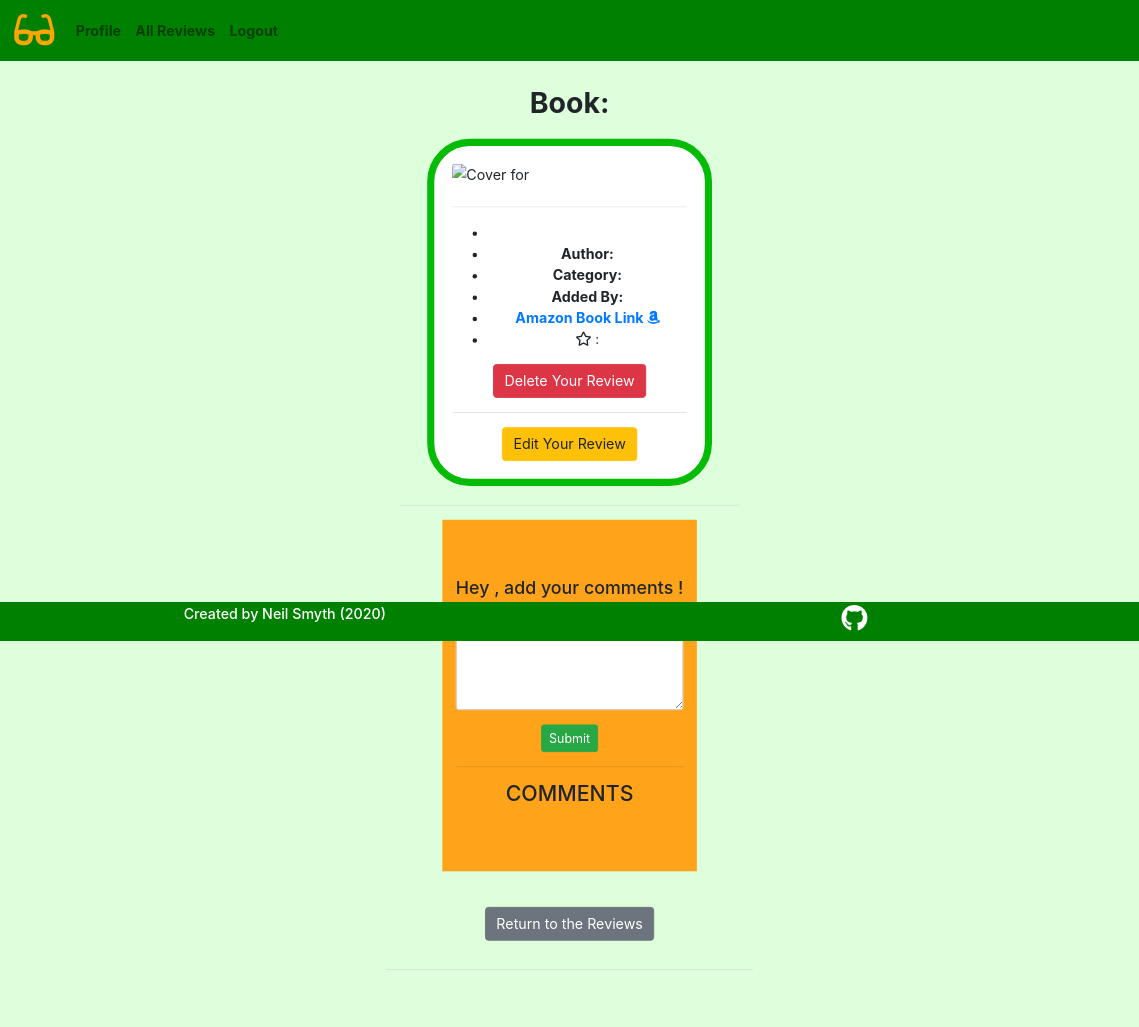
Repository: NeiloErnesto89/Data_Centric_Dev_Milestone_Project3
Page: templates/individual_book.html
The author's editor kept a record of every edit. The page is drawn from the files as they stood at one moment, then again after the next edit.
The browser window is 1280 px wide. The pictures show the whole page, at 89% of full size.
Some web libraries are served in a nearby version. The template is drawn by Flask 3. The application's start-up code is not run. Other server files are loaded and not shown. The template is opened directly, without the code that normally fills it, so the values that code supplies are empty.

Above is the page before.

### templates/individual_book.html
{% extends 'base.html' %}

<!--NavBar with Burger Icon-->
{% block navbar %}
<header class="nav-container">
    <nav class="navbar navbar-expand-lg navbar-light mb-1 text-center fixed-top">
        <a class="navbar-brand" data-target="#modalPopUp" data-toggle="modal"><i class="fas fa-glasses" style="font-size:40px;color:orange;"></i></a>
        <button class="navbar-toggler" type="button" data-toggle="collapse" data-target="#navbarTogglerDemo02" aria-controls="navbarTogglerDemo02" aria-expanded="false" aria-label="Toggle navigation">
                                <span class="navbar-toggler-icon"></span>
                              </button>
        <div class="collapse navbar-collapse" id="navbarTogglerDemo02">
            <ul class="navbar-nav mr-auto mt-0 mt-lg-0">

                {% if user.username == None %}
                <li class="nav-item">
                    <a class="nav-link" href="{{ url_for('index') }}"><b>Home</b></a>
                </li>
                <li class="nav-item">
                    <a class="nav-link" href="{{ url_for('signup') }}"><b>Sign Up</b></a>
                </li>
                <li class="nav-item">
                    <a class="nav-link" href="{{ url_for('login') }}"><b>Login</b></a>
                </li>

                {% else %}
                <li class="nav-item">
                    <a class="nav-link" href="{{ url_for('bio') }}"><b>Profile</b></a>
                </li>
                <li class="nav-item">
                    <a class="nav-link" href="{{ url_for('all_reviews') }}"><b>All Reviews</b></a>
                </li>
                <li class="nav-item">
                    <a class="nav-link" href="{{ url_for('logout') }}"><b>Logout</b></a>
                </li>
                {% endif %}


            </ul>
        </div>
    </nav>
</header>
{% endblock navbar %} {% block content %}



<div class="col-md-12 text-center">
    <h2 class="add_header mt-3 mb-3"><strong>Book: {{ book.book_title }}</strong></h2>
</div>


<div class="container">
    <div class="row justify-content-center">

        <div class="card" style="width: 20rem;">

            <div class="card-body">

                <!-- <h5 class="text-center card-title">{{book.book_title}}</h5> -->

                <div><img class="book_image card-img-top mb-2" src="{{ book.pic }}" alt="Cover for {{ book.book_title }}"></div>

                <div class="text-center">
                    <!--   <button class="mt-2 btn btn-outline-success btn-sm text-center" type="button" data-toggle="collapse" data-target="#collapse" aria-expanded="false" aria-controls="collapseExample">
                                book summary
                              </button>
                </div> -->
                    <hr>

                    <ul>



                        <!--  <div class="collapse" id="collapse">
                        <div>
                            <em>{{book.summary}}  </em>
                        </div>
                        <hr>
                </div> -->


                <li>
                    {{book.summary}}
                </li>

                <li>
                    <b>Author:</b> {{book.book_author}}
                </li>

                <li>
                    <b>Category:</b> {{book.category_name}}
                </li>

                <li>
                    <b>Added By:</b> {{book.added_by["username"]}}
                </li>
                <!--<li>
                                <b>Available:</b> {{book.is_available}}
                            </li> -->

                <li>
                    <a href="{{book.amazon}}"><b> Amazon Book Link <i class="fab fa-amazon"></i></b></a>
                </li>
                <li>
                    <b></b> <i class="far fa-star" data-toggle="tooltip" title="how many stars out of 5"> : </i> {{book.stars}}
                </li>


                </ul>

                <!-- The Option to Delete If User Added Review -->

                {% if user._id == book.added_by["_id"] %}
                <div class="text-center mt-2">
                    <a href="{{ url_for('delete_review', book_id=book._id, _user=book._id) }}" class="btn btn-danger">Delete Your Review</a>
                </div>
                <hr>
                <div class="text-center mt-2">
                    <a href="{{ url_for('adapt_review', book_id=book._id) }}" class="btn btn-warning">Edit Your Review</a>
                </div>

                {% endif %}

            </div>
        </div>
    </div>
</div>
<hr>

<div class="jumbotron jumbotron-fluid">
    <div class="container">
        <div class="row">
            <div class="col-12 text-center">
                <h5>Hey {{ user.username }}, add your comments !</h5>
                <div>
                    <form action="{{ url_for('add_individual', book_id=book._id) }}" method="POST" class="individual_comments ">

                        <div class="form-group ">
                            <label for="Textarea ">Be kind!</label>
                            <textarea id="individual_com " name="individual" class="form-control " rows="3 " required></textarea>
                        </div>

                        <button type="submit" name="action" class="btn btn-success btn-sm ">Submit</button>

                    </form>
                </div>
                <hr>

                <div class="row">
                    <div class="col-12">
                        <span>
                            <h4>COMMENTS </h4>
                            </span>
                    </div>
                </div>
                <div class="row">
                    <div class="col-12">
                        {% for incomment in incomments %}
                        <div class="card">
                            <div class="card-body">
                                <h5 class="card-title">{{ incomment.added_by["username"] }} said:</h5>
                                <p class="card-text"> <i><strong>" {{ incomment.individual }} "</strong></i></p>



                                {% if user.username == incomment.added_by["username"] %}
                                <!-- So only the user who added the comment can update or delete it-->
                                <!-- update users individual comments -->
                                <div class="text-center">
                                    <button class="mt-2 btn btn-outline-success btn-sm text-center" type="button" data-toggle="collapse" data-target="#collapse" aria-expanded="false" aria-controls="collapseExample">
                                Update Your Coment
                                    </button>
                                    <hr>
                                </div>
                                <div class="collapse" id="collapse">
                                    <div class="row">
                                        <div class="col-12">
                                            <form action="{{ url_for('update_individual', indivd_id=incomment._id, book_id=book._id) }}" method="POST" class="update_individual">
                                                <input type="text" name="individual" />
                                                <input type="submit" value="Update Your Comment" />
                                            </form>
                                        </div>
                                    </div>
                                </div>
                                <hr>

                                <a href="{{ url_for('delete_individual', indivd_id=incomment._id, book_id=book._id) }}" class="btn btn-danger btn-sm card-link">Delete Comment</a> {% endif %}

                            </div>
                        </div>
                        {% endfor %}
                    </div>
                </div>



            </div>
        </div>
    </div>
</div>

<div class="container-fluid mt-3 ">
    <div class="row ">

        <div class="col-12 mt-2 mb-3 ">
            <div class="text-center ">
                <a class="btn btn-secondary  " href="{{ url_for( 'all_reviews') }} " role="button ">Return to the Reviews</a>
            </div>
        </div>
        <hr>
    </div>
</div>


{% endblock %}

### templates/base.html
<!DOCTYPE html>
<html lang="en">

<head>
    <meta charset="UTF-8">
    <meta name="viewport" content="width=device-width, initial-scale=1.0">
    <meta http-equiv="X-UA-Compatible" content="ie=edge">

    <title>Book Reviews</title>

    <!-- Bootstrap -->
    <link rel="stylesheet" href="https://stackpath.bootstrapcdn.com/bootstrap/4.3.1/css/bootstrap.min.css" integrity="sha384-ggOyR0iXCbMQv3Xipma34MD+dH/1fQ784/j6cY/iJTQUOhcWr7x9JvoRxT2MZw1T" crossorigin="anonymous">

    <!-- Google Font-->

    <link href="https://fonts.googleapis.com/css?family=Montserrat:400,700" rel="stylesheet">

    <!-- Font Awesome-->

    <link rel="stylesheet" href="https://use.fontawesome.com/releases/v5.7.2/css/all.css" integrity="sha384-fnmOCqbTlWIlj8LyTjo7mOUStjsKC4pOpQbqyi7RrhN7udi9RwhKkMHpvLbHG9Sr" crossorigin="anonymous">

    <link rel="stylesheet" href="https://cdnjs.cloudflare.com/ajax/libs/font-awesome/4.7.0/css/font-awesome.min.css">

    <!-- CSS -->

    <link rel="stylesheet" href="{{url_for('static', filename='css/style.css')}}" type="text/css" />


</head>

<body>

<div class="cover-container d-flex mx-auto flex-column">

            <!--NavBar with Burger Icon-->
        {% block navbar %}
        <header class="nav-container">
            <nav class="navbar navbar-expand-lg navbar-light mb-1 text-center fixed-top">
                <a class="navbar-brand" href="{{ url_for('index') }}" data-target="#modalPopUp" data-toggle="modal"><i class="fas fa-glasses" style="font-size:40px;color:orange;"></i></a>
                <button class="navbar-toggler" type="button" data-toggle="collapse" data-target="#navbarTogglerDemo02" aria-controls="navbarTogglerDemo02" aria-expanded="false" aria-label="Toggle navigation">
                                <span class="navbar-toggler-icon"></span>
                              </button>
                <div class="collapse navbar-collapse" id="navbarTogglerDemo02">
                    <ul class="navbar-nav mr-auto mt-0 mt-lg-0">


                        <li class="nav-item">
                            <a class="nav-link" href="{{ url_for('index') }}"><b>Home</b></a>
                        </li>
                        <li class="nav-item">
                            <a class="nav-link" href="{{ url_for('signup') }}"><b>Sign Up</b></a>
                        </li>
                        <li class="nav-item">
                            <a class="nav-link" href="{{ url_for('login') }}"><b>Login</b></a>
                        </li>

                    </ul>
                </div>
            </nav>
        </header>
        {% endblock navbar %}

        <div class="container-fluid">
				<div class="row justify-content-around">
					<div id="messages">
						{% with messages = get_flashed_messages() %}
						{% if messages %}
						{% for message in messages %}
						<p class="text-center">{{ message }}</p>
						{% endfor %}
						{% endif %}
						{% endwith %}
					</div>
				</div>
			</div>

        <hr>

    <div class="container mt-5 mb-5">
            {% block content %}
            {% endblock %}
    </div>

    <hr>

        <!--FOOTER -->

        <div class="footer container-fluid">
            <div class="row justify-content-center">
                <div class="text-center col-xs-12 col-sm-6 mt-1 mb-2">

                    <h6>Created by Neil Smyth (2020)</h6>

                </div>
                <div class="text-center col-xs-12 col-sm-6 mt-1 mb-2">

                    <a href="https://github.com/NeiloErnesto89" target="_blank "><i class="fab fa-github" style="font-size:30px; color:white; "></i></a>

                </div>
            </div>
        </div> <!-- footer container-->

</div>    <!--Cover Container -->

    <!-- JQuery -->
    <script src="https://cdnjs.cloudflare.com/ajax/libs/jquery/3.2.1/jquery.min.js"></script>

    <!-- Bootstrap JS-->

    <script src="https://code.jquery.com/jquery-3.3.1.slim.min.js" integrity="sha384-q8i/X+965DzO0rT7abK41JStQIAqVgRVzpbzo5smXKp4YfRvH+8abtTE1Pi6jizo" crossorigin="anonymous"></script>
    <script src="https://cdnjs.cloudflare.com/ajax/libs/popper.js/1.14.7/umd/popper.min.js" integrity="sha384-UO2eT0CpHqdSJQ6hJty5KVphtPhzWj9WO1clHTMGa3JDZwrnQq4sF86dIHNDz0W1" crossorigin="anonymous"></script>
    <script src="https://stackpath.bootstrapcdn.com/bootstrap/4.3.1/js/bootstrap.min.js" integrity="sha384-JjSmVgyd0p3pXB1rRibZUAYoIIy6OrQ6VrjIEaFf/nJGzIxFDsf4x0xIM+B07jRM" crossorigin="anonymous"></script>

    <!-- JS File -->

    <script src="{{url_for('static', filename='js/script.js')}}"></script>


    <!--  <script type="text/javascript">
        $(document).ready(function() {
            $('.collapsible').collapsible();
        });
    </script>  -->
</body>

</html>

### static/css/style.css
body {
  background-color: #DEFFDC;
  display: flex;
 /* margin: 0; */
}

/*.cover-container {
  min-height: 100vh;
  padding-top: 70px;
  background-size: cover;
  align-items: center;
  justify-content: center;
  position: relative;
  overflow-x: hidden;
*/
  /*.nav-container {
    position: fixed;
    width: 100%;
    z-index: 1;
    top: 0;
    left: 0;
    padding-left: 0;
    padding-right: 0;
    margin-left: 0;
    margin-right: 0;
  } */

  .navbar {
    background-color: green;
  }

  .jumbotron {
    background-color: #ffa31a;
    margin-right: 3rem;
    margin-left: 3rem;
  }

  /* Paginate Button on All Reviews.html (taken from w3 schools*/
  .paginate {
    display: inline-block;
  }

  .paginate a {
    color: black;
    float: left;
    padding: 8px 16px;
    text-decoration: none;
    margin: 15px;
  }

  .paginate a.active {
    background-color: #4CAF50;
    color: white;
    border-radius: 5px;
  }

  .paginate a:hover:not(.active) {
    background-color: #ddd;
    border-radius: 5px;
  }

  /* all_reviews.html - book review cards*/
  .card {
    margin: 5px;
    border: 8px solid rgb(5, 187, 5);
    border-radius: 3rem;
  }

  /* Card Image */
  /*
  .card-img-top {
    width: 100%;
    height: 15vw;
    object-fit: cover;
}
  */

  /* MODAL */

  .modal {
    color: black;
    background-color: rgb(204, 255, 204, 0.8);
}

.modal-header {

    background-color: rgb(204, 255, 204);
    opacity: 0.8;

}

.modal-title {
    font-size: 34px;
    font-weight: bold;
    text-align: center;
    margin-left: 45px;
    padding: 5px;
    text-decoration: underline;
}


.modal-body {
    font-size: 15px;
    font-weight: bold;
    color: white;
    background-color: rgb(0, 153, 51);
    opacity: 0.8;
    text-align: center;
}

.modal-footer {
    background-color: rgb(204, 255, 204);
    opacity: 0.8;
}

.modal-header .close {
    margin: -10px;
}


  .footer {
    position: fixed;
    left: 0;
    bottom: 0;
    width: 100%;
    background-color: green;
    color: white;
    text-align: center;
  }

### static/js/script.js
/*$(document).ready(function() {

    $('#popUpModal').modal('show');
}); */

$(function () {
  $('[data-toggle="tooltip"]').tooltip()
})

After the next edit:
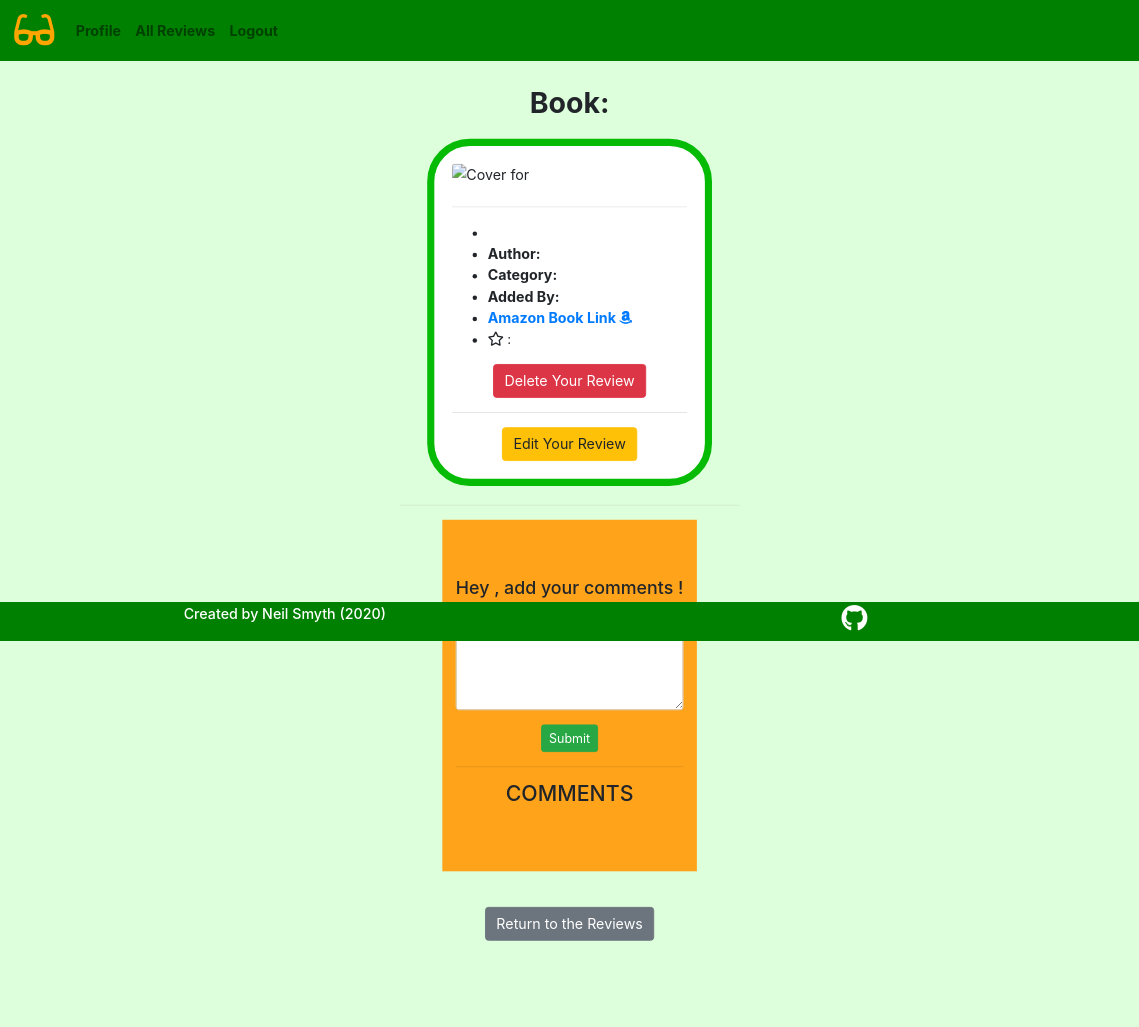
The edit:
--- a/templates/individual_book.html
+++ b/templates/individual_book.html
@@ -59,8 +59,8 @@
 
                 <div><img class="book_image card-img-top mb-2" src="{{ book.pic }}" alt="Cover for {{ book.book_title }}"></div>
 
-                <div class="text-center">
-                    <!--   <button class="mt-2 btn btn-outline-success btn-sm text-center" type="button" data-toggle="collapse" data-target="#collapse" aria-expanded="false" aria-controls="collapseExample">
+                 <!-- <div class="text-center">
+                     <button class="mt-2 btn btn-outline-success btn-sm text-center" type="button" data-toggle="collapse" data-target="#collapse" aria-expanded="false" aria-controls="collapseExample">
                                 book summary
                               </button>
                 </div> -->
